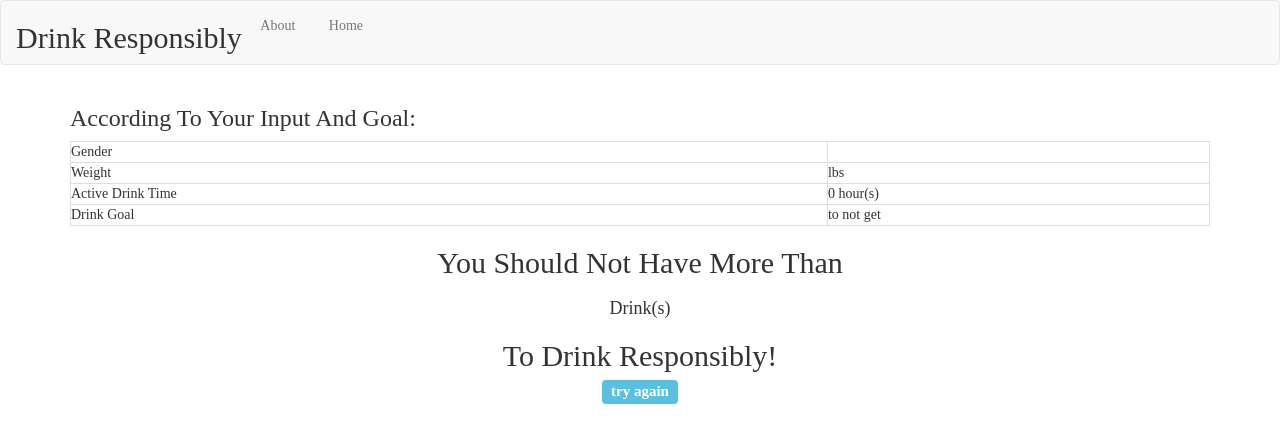
Repository: NatNat180/DrinkResponsibly
Page: http://localhost/DrinkResponsibly/calculate-drink-amount
An editor plug-in stored every save of this project. The page is shown before and after the next save, followed by the edit.
The browser window is 1280 px wide. The pictures show the whole page.
Some web fonts or font styles are not loaded; a fallback is used. The page is served by Tomcat 9.

Above is the page before, as saved 2016-04-07 20:58:28.

After the next save:
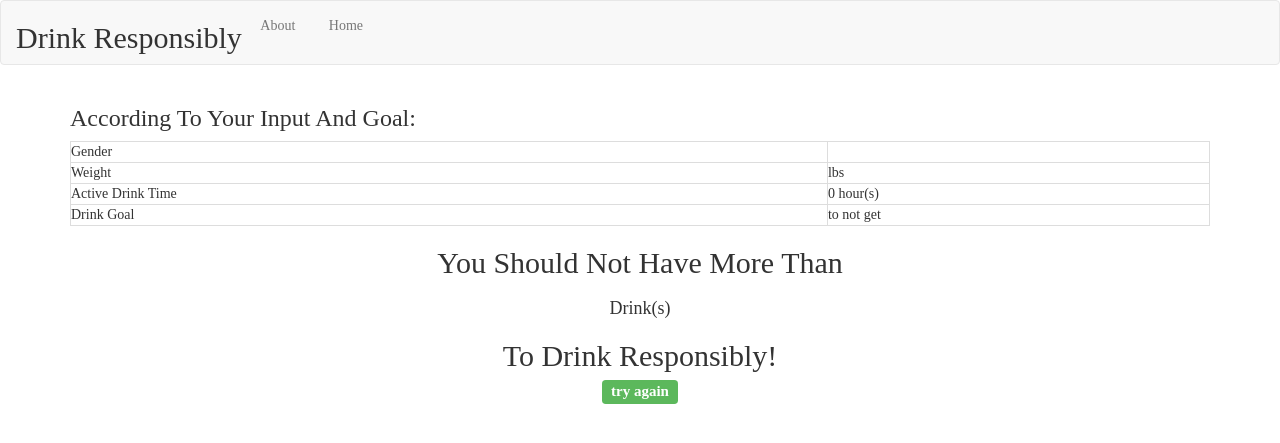
Saved 26 s later.
--- a/DrinkResponsibly/WebContent/WEB-INF/results.jsp
+++ b/DrinkResponsibly/WebContent/WEB-INF/results.jsp
@@ -35,10 +35,10 @@
 
 <div class="center-text">
 <h2>You Should Not Have More Than</h2>
-<h1><span class="label label-success"><c:out value="${drinks}"></c:out></span></h1>
+<h1><span class="label label-info"><c:out value="${drinks}"></c:out></span></h1>
 <h4>Drink(s)</h4>
 <h2>To Drink Responsibly!</h2>
-<span class="label label-info" style="font-family: 'Poiret One', cursive; font-size: 15px;"><a href="form">try again</a></span>
+<span class="label label-success" style="font-family: 'Poiret One', cursive; font-size: 15px;"><a href="form">try again</a></span>
 </div>
 
 </section>
